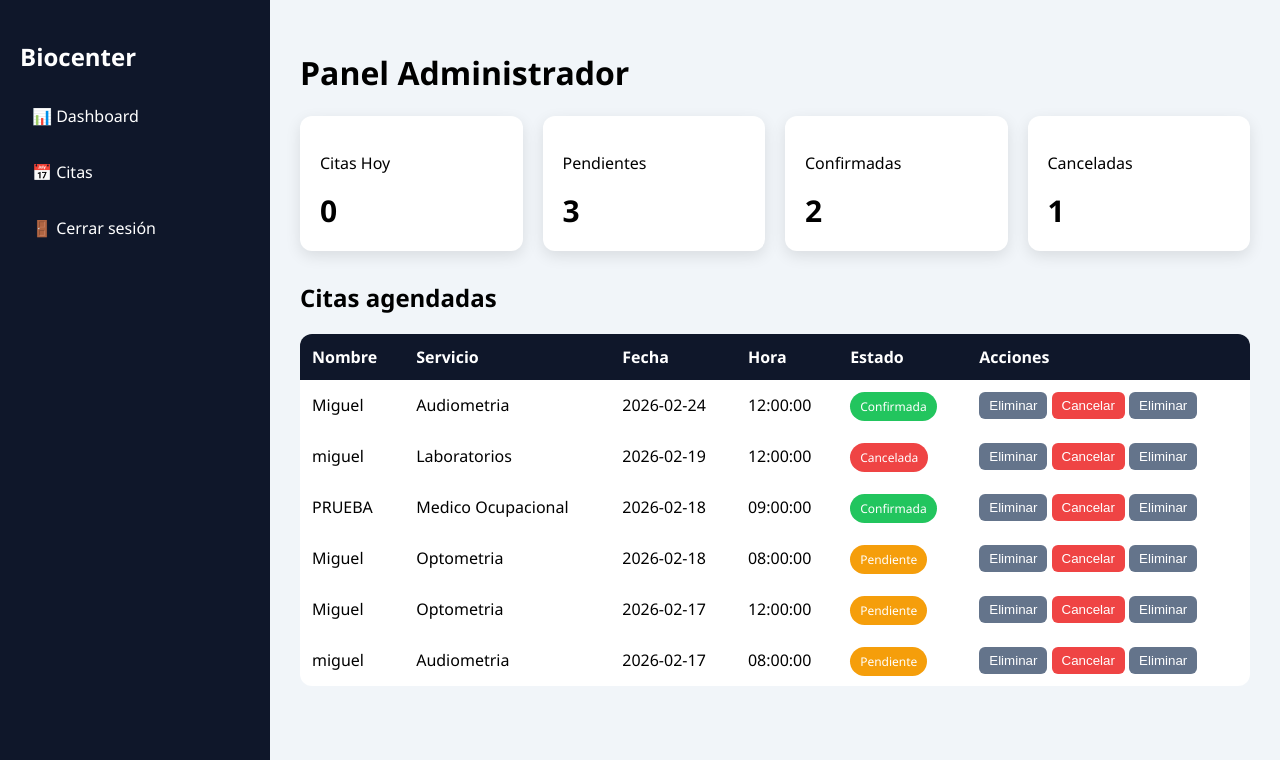
Repository: Miguelperdomo/Biocenter
Page: http://localhost/public_html/PHP/panel.php
These files come from the project's save history. The page is drawn as it stood at one moment and after the next save; the edit follows.
The browser window is 1280 px wide. The pictures show the whole page.
The page is run by PHP 8.4 with error messages shown; the project is at /var/www/html/. The session is filled in as if someone had signed in: {"admin": {"id": 1, "usuario": "admin", "email": "perdomomiguel2004@gmail.com"}}. The database holds what the project's SQL file puts in it.

Above is the page before, as saved 2026-02-18 09:24:08.

After the next save:
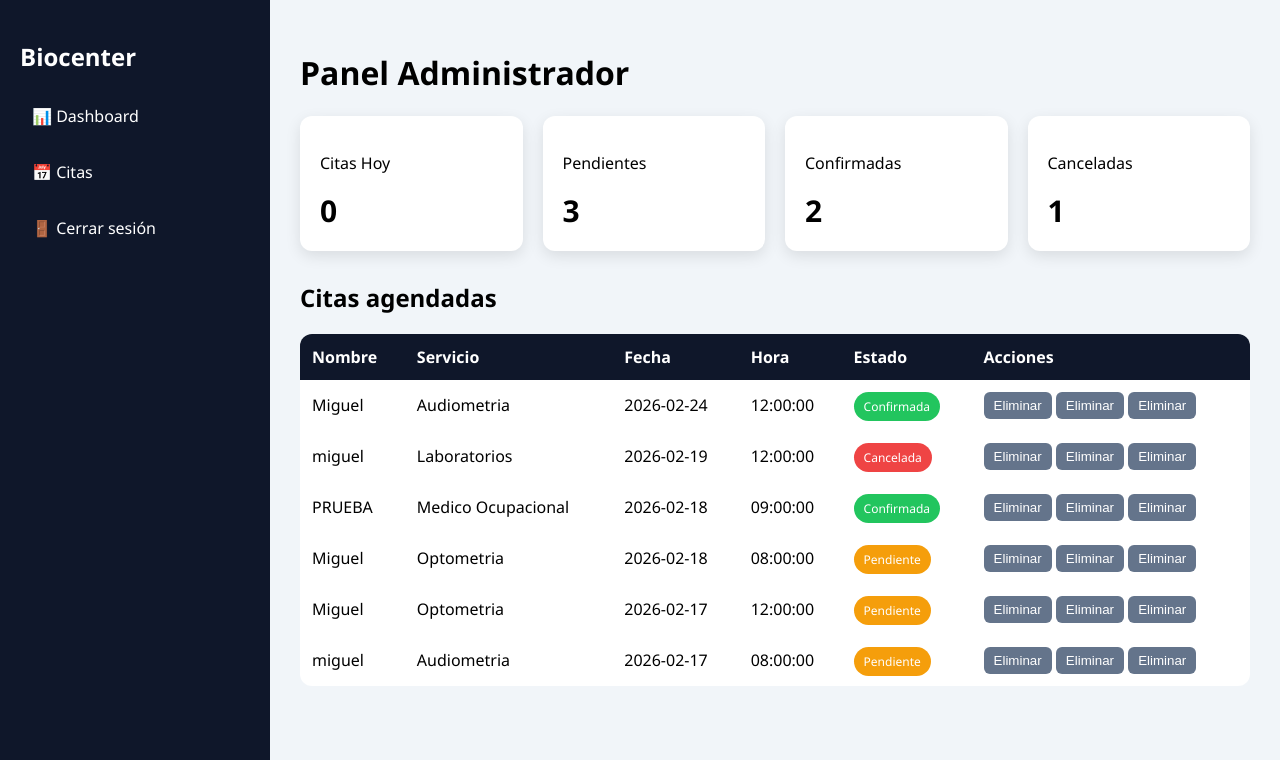
Saved 7 s later.
--- a/PHP/panel.php
+++ b/PHP/panel.php
@@ -232,9 +232,10 @@ Eliminar
 </button>
 
 
-<button type="button" class="btn cancel" onclick="abrirModal(<?=$row['id']?>,'cancelar')">
-Cancelar
+<button type="button" class="btn delete" onclick="abrirModal(<?=$row['id']?>,'eliminar')">
+Eliminar
 </button>
+
 
 
 <button type="button" class="btn delete" onclick="abrirModal(<?=$row['id']?>,'eliminar')">
